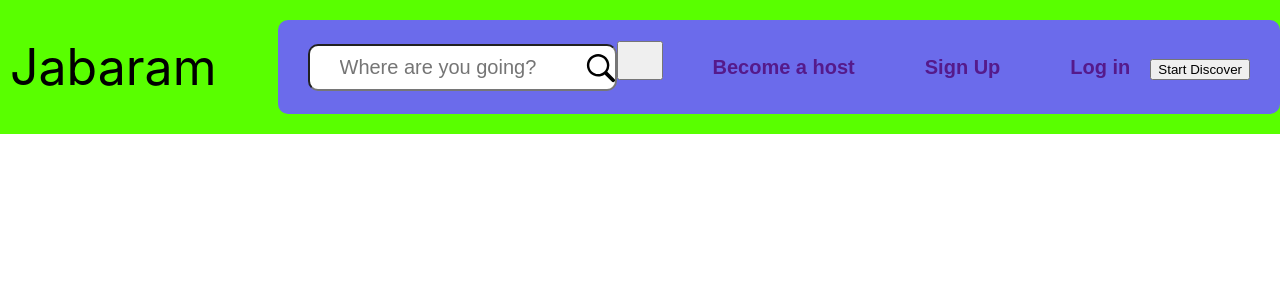
Repository: manahiang/Jabaram-web
Page: / (app in src/)
The author's editor kept a copy of each file at every save. The page is drawn from the files as they stood at one save, then again after the next save.
The browser window is 1280 px wide. The pictures show the whole page.
The project was rebuilt for these pictures with package versions that can differ from the ones it lists, and the page was loaded fresh each time. Also part of the build but not shown: src/src/App.css.

Above is the page before, as saved 2022-11-30 10:09:23.

### src/src/index.css
body {
  margin: 0;
  padding: 0;
  font-family: -apple-system, BlinkMacSystemFont, 'Segoe UI', 'Roboto', 'Oxygen',
    'Ubuntu', 'Cantarell', 'Fira Sans', 'Droid Sans', 'Helvetica Neue',
    sans-serif;
  -webkit-font-smoothing: antialiased;
  -moz-osx-font-smoothing: grayscale;
}

code {
  font-family: source-code-pro, Menlo, Monaco, Consolas, 'Courier New',
    monospace;
}
.container{
  width: 100%;
  height: auto;
  background-color: rgb(227, 212, 194);
}
.header{
  max-width: 1780px;
  height: auto;
  background-color: rgb(89, 255, 0);
  margin: auto;
  display: flex;
  align-items: center;
  justify-content:space-between
}
.header ul li{
  display: inline-block;
  padding: 20px;
  margin-left: 20px;
  transition: all 0.5s;
}
.header ul li a{
  text-decoration: none;
  font-size: 20px;
  font-family:Arial, Helvetica, sans-serif;
  font-weight: 800;
 transition: all 0.5s;
 margin-left: 10px;
}
.header ul li:hover {
  color: rgb(41, 34, 34);
  background-color: rgb(195, 173, 173);
  border-radius: 10px;
}
.menu input{
  padding: 10px;
  outline: none;
  border-radius: 10px;
  padding-left: 30px;
  font-size: 20px;
}
.menu ul  {
  font-size: 20px;
  background-color: rgb(107, 107, 235);
  color: white;
  padding: 15px;
  padding-left: 30px;
  padding-right: 30px;
  border-radius: 10px;
  outline: none;
  cursor: pointer;
}
.icon-search-Go{
  transform: translate(-40px,10px);
  transition: all 0.6s;
  font-size: 30px;
}
.icon-search-Go:hover{
  cursor: pointer;
  color: rgb(52, 49, 49);
}
/* Logo */

.logo{
  margin-left: 10px;
  font-size: 50px;
  cursor: pointer;
}

### src/src/App.js

import './App.css';
import'./index.css';
import Header from './header';

function App() {
  return (
    <>
    <Header/>
    </>
  );
}

export default App;

### src/src/header.js
import React from 'react'
import { GoSearch } from "react-icons/go";

function Header() {
    return (
        <div className='container'>
            <div className='header'>
                <div className='logo'>Jabaram</div>
                <div className='menu'>
                    <ul>
                        <input placeholder='Where are you going?' />
                        <button><GoSearch className='icon-search-Go'/></button>
                        <li><a href=''>Become a host</a></li>
                        <li><a href=''>Sign Up</a></li>
                        <li><a href=''>Log in</a></li>
                        <button className='start-discover'>Start Discover</button>
                    </ul>
                </div>
            </div>
        </div>
    )
}

export default Header

Loaded but not shown: src/public/index.html (common file); src/src/index.js (common file); src/src/reportWebVitals.js (common file)

After the next save:
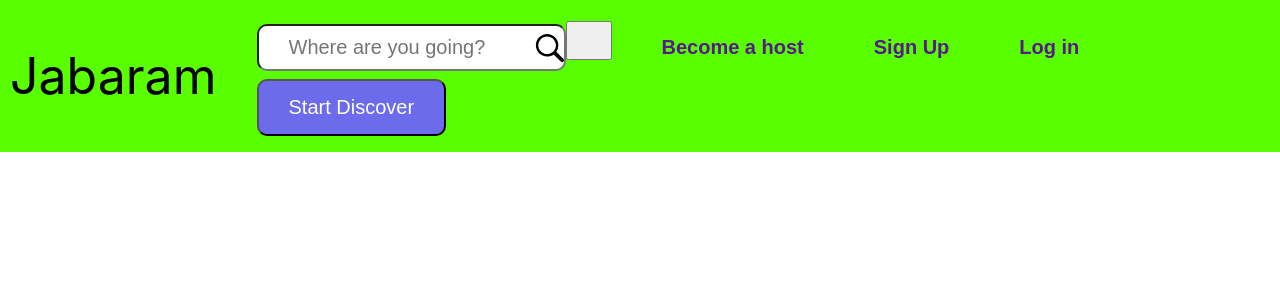
Saved 7 s later.
--- a/src/src/index.css
+++ b/src/src/index.css
@@ -52,7 +52,7 @@ code {
   padding-left: 30px;
   font-size: 20px;
 }
-.menu ul  {
+.menu ul  .start-discover{
   font-size: 20px;
   background-color: rgb(107, 107, 235);
   color: white;
